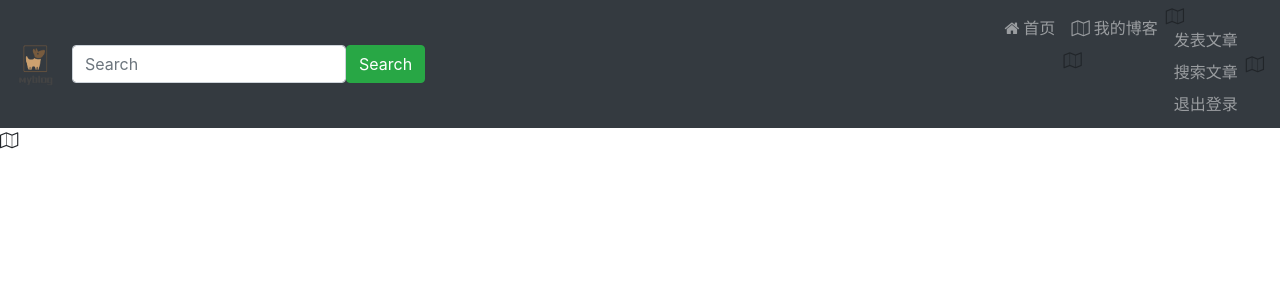
Repository: DHUAVH/Blog
Page: navigation.html
These files come from the project's save history. The page is drawn as it stood at one moment and after the next save; the edit follows.
The browser window is 1280 px wide. The pictures show the whole page.
Some web libraries are served in a nearby version.

Above is the page before, as saved 2020-11-06 22:45:57.

### navigation.html
<!DOCTYPE html>
<html lang="en">
<head>
   <meta charset="UTF-8">
   <meta name="viewport" content="width=device-width, initial-scale=1.0">
   <link rel="stylesheet" href="https://cdn.staticfile.org/twitter-bootstrap/4.3.1/css/bootstrap.min.css">
   <link rel="stylesheet" href="https://cdn.staticfile.org/font-awesome/4.7.0/css/font-awesome.css">     <!--font-awesome CDN-->
   <script src="https://cdn.staticfile.org/jquery/3.2.1/jquery.min.js"></script>
   <script src="https://cdn.staticfile.org/popper.js/1.15.0/umd/popper.min.js"></script>
   <script src="https://cdn.staticfile.org/twitter-bootstrap/4.3.1/js/bootstrap.min.js"></script>
   <title>navigation</title>
</head>

<body>
   <nav class="navbar navbar-expand-sm bg-dark navbar-dark">
      <!-- Brand/logo -->
      <a class="navbar-brand" href="#">
         <img src="logo.png" alt="logo" style="width: 40px;">
      </a>

      <!--导航栏中表单和按钮-->
         <form action="">
         <div class="form-inline">
            <input class="form-control" type="text" placeholder="Search">
            <button class="btn btn-success" type="submit">Search</button>
         </div>
      </form>

      <ul class="navbar-nav ml-auto">
         <li class="nav-item">
            <a class="nav-link" href="index.php">
               <i class="fa fa-home"> 首页</i></a>
         </li>

         <li class="nav-item">
            <a class="nav-link" href="index.php">
               <i class="fa fa-map-o"> 我的博客</a>
         </li>

         <li class="nav-item">
            <a class="nav-link" href="add.php">
               发表文章</a>
         </li>

         <li class="nav-item">
            <a class="nav-link" href=show.php>
                搜索文章</a>
         </li>

         <li class="nav-item">
            <a class="nav-link" href="login.php">
               退出登录</a>
         </li>
      </ul>
   </nav>
</body>
</html>

After the next save:
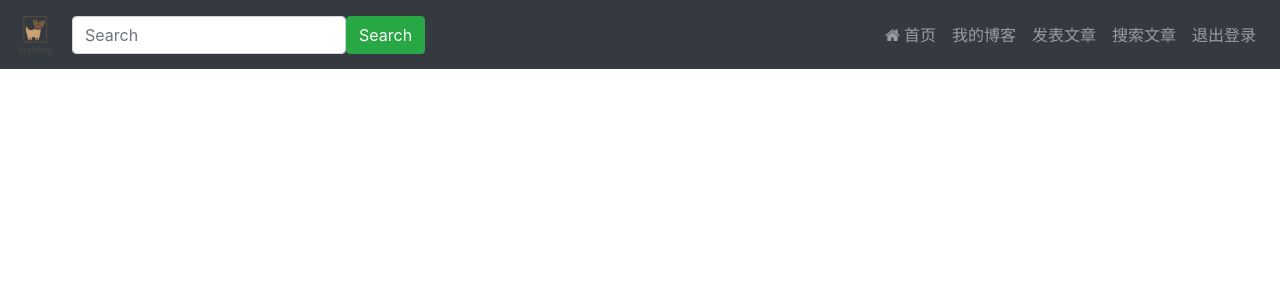
Saved 15 s later.
--- a/navigation.html
+++ b/navigation.html
@@ -34,7 +34,7 @@
 
          <li class="nav-item">
             <a class="nav-link" href="index.php">
-               <i class="fa fa-map-o"> 我的博客</a>
+                我的博客</a>
          </li>
 
          <li class="nav-item">

After the save that followed:
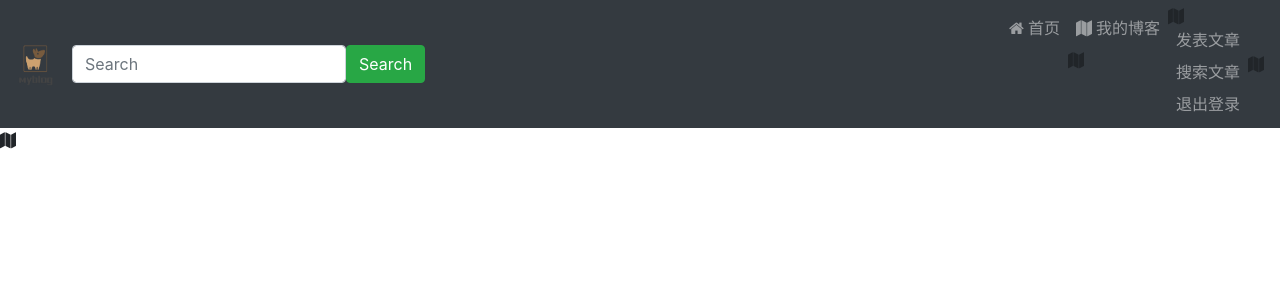
Saved 24 s later.
--- a/navigation.html
+++ b/navigation.html
@@ -34,7 +34,7 @@
 
          <li class="nav-item">
             <a class="nav-link" href="index.php">
-                我的博客</a>
+               <i class="fa fa-map"> 我的博客</a>
          </li>
 
          <li class="nav-item">
